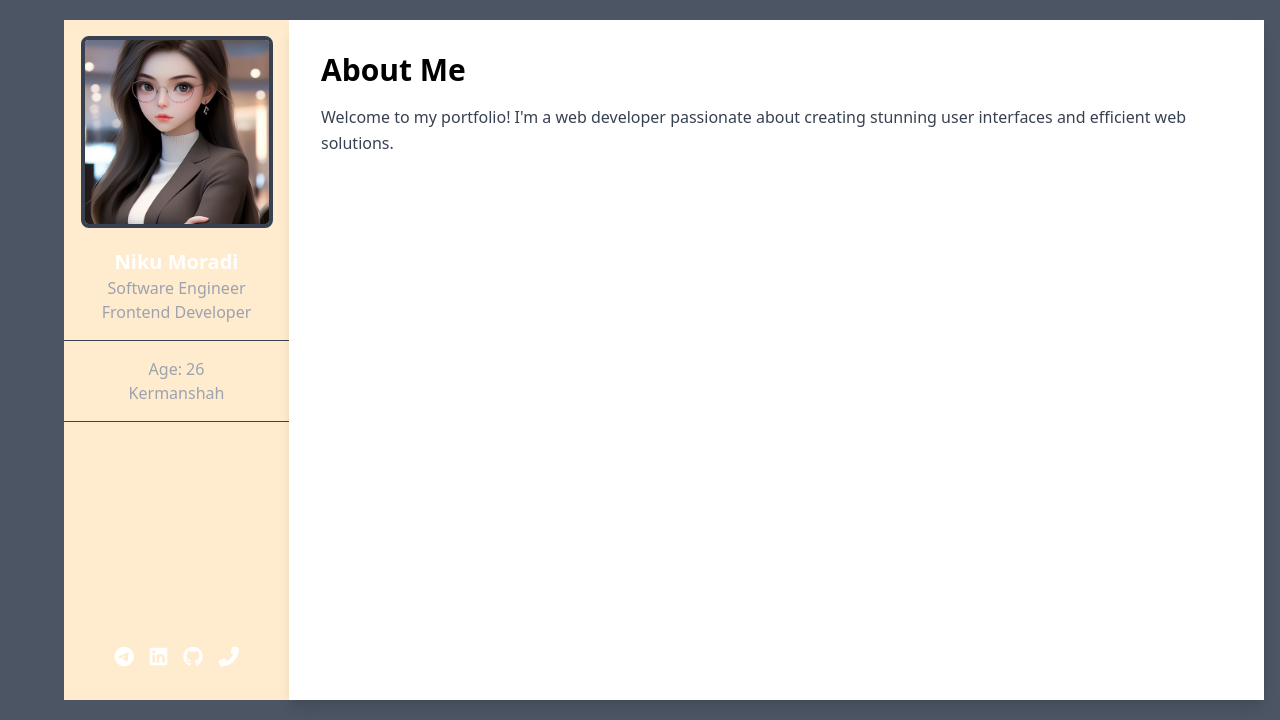
Repository: NikuMoradi/niku-moradi
Page: /
These files come from the project's save history. The page is drawn as it stood at one moment and after the next save; the edit follows.
The browser window is 1280 px wide. The pictures show the whole page.
The project was rebuilt for these pictures with package versions that can differ from the ones it lists, and the page was loaded fresh each time. The framework's server and built-in components were replaced by stand-ins that run in the browser. Also part of the build but not shown: nuxt.config.ts, components/Blog Posts/Component-Design.vue, components/Blog.vue, components/Contact.vue, components/Education.vue, components/Experience.vue, components/Hero.vue, components/Menu.vue and 3 more.

Above is the page before, as saved 2024-11-29 09:28:10.

### assets/css/main.css
@tailwind base;
@tailwind components;
@tailwind utilities;

body {
  /* From https://css.glass */
  background: #ffffff;
}

@layer utilities {
  .panel-bg {
    background-color: blanchedalmond;
  }
}

### components/LeftPanel.vue
<template>
  <div
    class="panel-bg text-white w-72 ml-12 flex flex-col"
    style="height: calc(100vh - 40px)"
  >
    <!-- Profile Picture -->
    <div
      class="p-4 flex flex-col items-center justify-center border-b border-gray-700"
    >
      <img
        src="../assets/img/photo_2024-11-28_10-37-05.jpg"
        alt="Profile Picture"
        class="w-48 h-48 mb-5 rounded-lg border-4 border-gray-700 object-cover object-center"
      />
      <h2 class="text-xl font-bold">Niku Moradi</h2>
      <p class="text-md text-gray-400">Software Engineer</p>
      <p class="text-md text-gray-400">Frontend Developer</p>
    </div>

    <!-- Biography -->
    <div class="p-4 text-center border-b border-gray-700">
      <p class="text-md text-gray-400">Age: 26</p>
      <p class="text-md text-gray-400">Kermanshah</p>
    </div>

    <!-- Social Links -->
    <div class="py-8 text-center mt-auto text-white">
      <div class="space-x-4">
        <a
          href="https://t.me/yourusername"
          target="_blank"
          class="text-white hover:text-blue-400"
        >
          <i class="fab fa-telegram fa-lg"></i>
        </a>
        <a
          href="https://linkedin.com/in/yourusername"
          target="_blank"
          class="text-white hover:text-blue-600"
        >
          <i class="fab fa-linkedin fa-lg"></i>
        </a>
        <a
          href="https://github.com/yourusername"
          target="_blank"
          class="text-white hover:text-gray-700"
        >
          <i class="fab fa-github fa-lg"></i>
        </a>
        <a href="tel:+1234567890" class="text-white hover:text-green-400">
          <i class="fas fa-phone-alt fa-lg"></i>
        </a>
      </div>
    </div>
  </div>
</template>

### layouts/default.vue
<template>
  <div class="flex justify-center items-center min-h-screen bg-gray-600 px-4">
    <LeftPanel />

    <!-- Fixed Width Centered Card -->
    <div
      class="bg-white shadow-lg w-full max-w-5xl overflow-hidden"
      style="height: calc(100vh - 40px)"
    >
      <!-- Scrollable Content -->
      <div class="overflow-y-auto h-full scrollbar-hide">
        <NuxtPage />
      </div>
    </div>
  </div>
</template>

<style>
/* Add any custom global styles here */
body {
  background: linear-gradient(to bottom, #f0f0f0, #d0d0d0);
}
</style>

### app.vue
<!-- The app.vue is just holding the layout container and serving as the root.
 The default.vue layout handles the overall structure of the page.
All content from your pages will automatically be placed inside the NuxtPage slot of the layout.-->
<template>
  <NuxtLayout />
</template>

### pages/index.vue
<template>
  <div class="p-8">
    <h1 class="text-3xl font-bold mb-4">About Me</h1>
    <p class="text-gray-700 leading-relaxed">
      Welcome to my portfolio! I'm a web developer passionate about creating
      stunning user interfaces and efficient web solutions.
    </p>
  </div>
</template>

### tailwind.config.js
/** @type {import('tailwindcss').Config} */
export default {
  content: [
    "./components/**/*.{js,vue,ts}",
    "./layouts/**/*.vue",
    "./pages/**/*.vue",
    "./plugins/**/*.{js,ts}",
    "./app.vue",
    "./error.vue",
  ],
  theme: {
    extend: {},
  },
  plugins: [require("tailwind-scrollbar-hide")],
};

Loaded but not shown: plugins/aos.client.js (no copy from this time; the picture is the same without it)

After the next save:
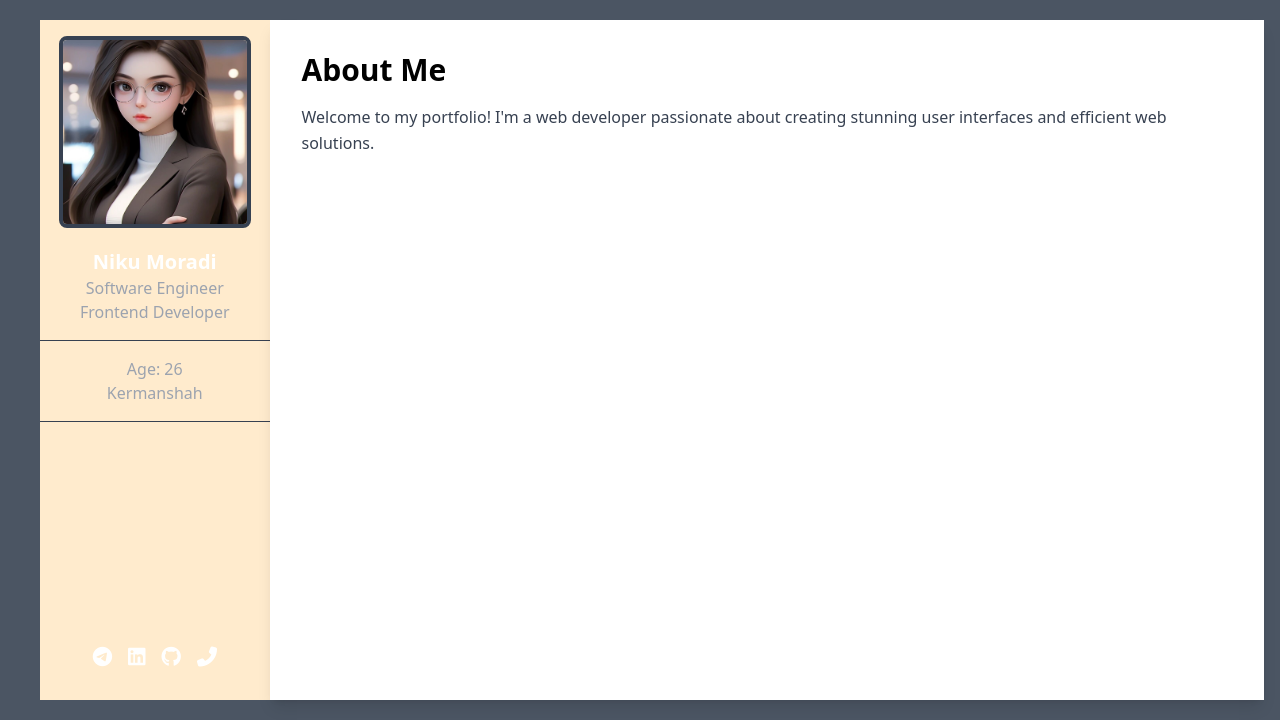
Saved 12 s later.
--- a/components/LeftPanel.vue
+++ b/components/LeftPanel.vue
@@ -1,6 +1,6 @@
 <template>
   <div
-    class="panel-bg text-white w-72 ml-12 flex flex-col"
+    class="panel-bg text-white w-72 ml-6 flex flex-col"
     style="height: calc(100vh - 40px)"
   >
     <!-- Profile Picture -->
